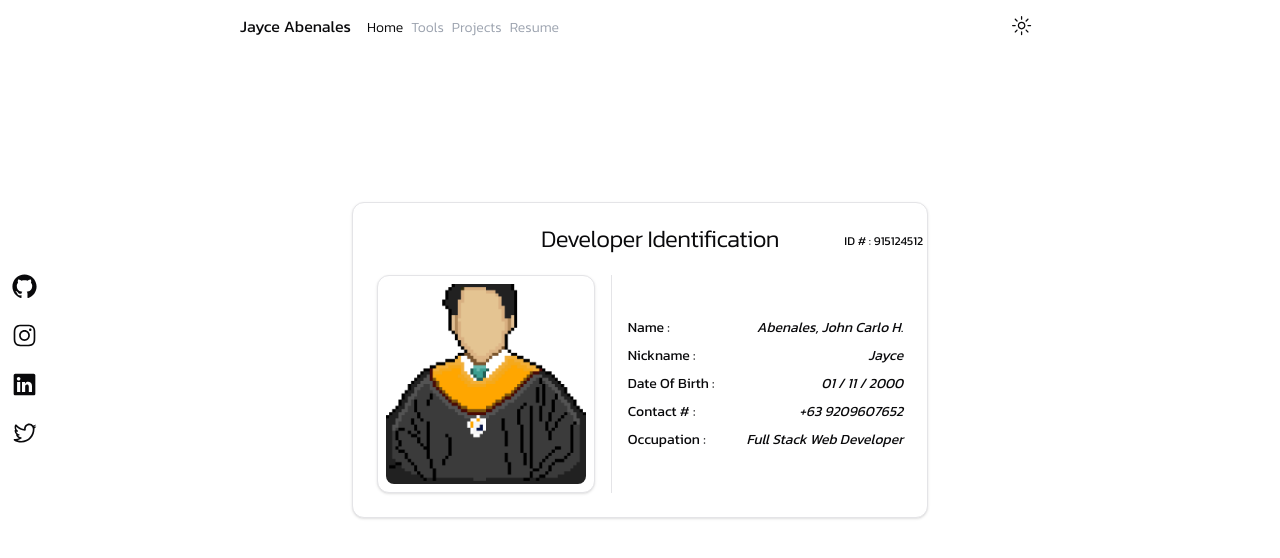
Repository: Jeysmeister/JayceAbenales
Page: /
The author's editor kept a copy of each file at every save. The page is drawn from the files as they stood at one save, then again after the next save.
The browser window is 1280 px wide. The pictures show the whole page.
The project was rebuilt for these pictures with package versions that can differ from the ones it lists, and the page was loaded fresh each time. The framework's server and built-in components were replaced by stand-ins that run in the browser. Also part of the build but not shown: next.config.mjs.

Above is the page before, as saved 2024-10-08 20:37:27.

### app/layout.tsx
import type { Metadata } from "next";
import { Kanit } from "next/font/google";
import "./globals.css";
import { ThemeProvider } from "next-themes";
import Header from "./common/Header";
import SideNav from "./common/SideNav";

const kanit = Kanit({
  subsets: ["latin"],
  weight: ["100", "200", "300", "400", "500", "600", "700", "800", "900"],
});

export const metadata: Metadata = {
  title: "JABE",
};

export default function RootLayout({
  children,
}: Readonly<{
  children: React.ReactNode;
}>) {
  return (
    <html lang="en">
      <body className={kanit.className}>
        <ThemeProvider attribute="class" defaultTheme="system" enableSystem disableTransitionOnChange>
          <div className="h-screen w-screen overflow-hidden">
            <Header />
            <SideNav />
            <div className="max-w-[800px] w-full flex mx-auto h-full justify-center items-center">{children}</div>
          </div>
        </ThemeProvider>
      </body>
    </html>
  );
}

### app/page.tsx
"use client";

import Image from "next/image";
import { Card, CardContent, CardHeader, CardTitle } from "@/components/ui/card";
import { motion } from "framer-motion";

const container = {
  hidden: { opacity: 1, scale: 0 },
  visible: {
    opacity: 1,
    scale: 1,
    transition: {
      delayChildren: 0.1,
      staggerChildren: 0.1,
    },
  },
};

const item = {
  hidden: { x: 20, opacity: 0 },
  visible: {
    y: 0,
    opacity: 1,
  },
};

export default function Home() {
  return (
    <motion.div variants={container} initial="hidden" animate="visible" className="h-full w-full flex items-center justify-center">
      <Card className={`hidden md:table`}>
        <CardHeader className="w-full flex justify-center items-center text-2xl relative">
          <motion.div variants={item}>
            <CardTitle className="font-light">Developer Identification</CardTitle>
          </motion.div>
          <motion.div variants={item} className="absolute top-6 right-6 text-xs">
            ID # : 915124512
          </motion.div>
        </CardHeader>
        <CardContent className="flex divide-x-[1px] gap-4">
          <Card className="p-2">
            <Image className="rounded-lg " src={"/IDPicture.png"} alt="IDPicture" height={200} width={200} />
          </Card>
          <div className="min-h-full">
            <div className="pl-4 flex gap-8 text-sm h-full items-center">
              <div className="flex flex-col gap-2 text-nowrap">
                <div>Name :</div>
                <div>Nickname :</div>
                <div>Date Of Birth :</div>
                <div>Contact # :</div>
                <div>Occupation :</div>
              </div>
              <div className="flex flex-col gap-2 italic w-full items-end">
                <div>Abenales, John Carlo H.</div>
                <div>Jayce</div>
                <div>01 / 11 / 2000</div>
                <div>+63 9209607652</div>
                <div>Full Stack Web Developer</div>
              </div>
            </div>
          </div>
        </CardContent>
      </Card>
      <Card className="md:hidden flex flex-col justify-center items-center gap-4 divide-y-[1px] p-4 pt-8 relative">
        <div className="w-full flex flex-col justify-center items-center gap-4">
          <div className="absolute top-4 text-xs">ID # : 915124512</div>
          <div>Developer Identification</div>
          <Card className="p-2">
            <Image className="rounded-lg" src={"/IDPicture.png"} alt="IDPicture" height={100} width={200} />
          </Card>
        </div>
        <div className="flex gap-4 text-sm pt-4">
          <div className="flex flex-col gap-1">
            <div>Name :</div>
            <div>Nickname :</div>
            <div>Date Of Birth :</div>
            <div>Contact # :</div>
            <div>Occupation :</div>
          </div>
          <div className="flex flex-col gap-1 italic text-end">
            <div>Abenales, John Carlo H.</div>
            <div>Jayce</div>
            <div>01 / 11 / 2000</div>
            <div>+63 9209607652</div>
            <div>Full Stack Web Developer</div>
          </div>
        </div>
      </Card>
    </motion.div>
  );
}

### app/common/Header.tsx
"use client";

import { ModeToggle } from "@/components/ModeToggle";
import { usePathname, useRouter } from "next/navigation";

const links = [
  { name: "Home", url: "/" },
  { name: "Tools", url: "/tools" },
  { name: "Projects", url: "/projects" },
  { name: "Resume", url: "/resume" },
];

const Header = () => {
  const router = useRouter();
  const pathName = usePathname();
  const clickHandler = (url: string) => {
    router.push(url);
  };
  return (
    <div className="w-full flex p-2 fixed top-0 z-10">
      <div className="max-w-[800px] w-full mx-auto flex justify-between items-center">
        <div className="flex items-end gap-2 text-nowrap">
          <div className="pr-2">Jayce Abenales</div>
          {links.map((link, index) => {
            return (
              <div
                key={index}
                className={`${pathName !== link.url ? "text-gray-400 hover:text-primary cursor-pointer " : ""}font-light text-sm`}
                onClick={() => {
                  clickHandler(link.url);
                }}
              >
                {link.name}
              </div>
            );
          })}
        </div>
        <div className="flex gap-2 items-center">
          <ModeToggle />
        </div>
      </div>
    </div>
  );
};

export default Header;

### app/common/SideNav.tsx
import { Button } from "@/components/ui/button";
import {
  GitHubLogoIcon,
  InstagramLogoIcon,
  LinkedInLogoIcon,
  TwitterLogoIcon,
} from "@radix-ui/react-icons";
import Link from "next/link";

const logoProps = { height: 25, width: 25 };
const logos = [
  {
    logo: <GitHubLogoIcon {...logoProps} />,
    url: "https://github.com/Jeysmeister/",
  },
  {
    logo: <InstagramLogoIcon {...logoProps} />,
    url: "https://www.instagram.com/jaycebnls/",
  },
  {
    logo: <LinkedInLogoIcon {...logoProps} />,
    url: "https://www.linkedin.com/in/john-carlo-abenales-035a84279/",
  },
  { logo: <TwitterLogoIcon {...logoProps} />, url: "https://x.com/jycbnls" },
];

const SideNav = () => {
  return (
    <>
      <div className="absolute h-screen left-0 top-0 justify-center items-center px-2 flex-col gap-4 hidden sm:flex">
        {logos.map((logo, index) => {
          return (
            <Button
              key={index}
              variant={"ghost"}
              className="w-fit h-fit rounded-full p-1 m-0 transition ease-in-out delay-150 hover:scale-110 cursor-pointer"
            >
              <Link href={logo.url} rel="noopener noreferrer" target="_blank">
                {logo.logo}
              </Link>
            </Button>
          );
        })}
      </div>
      <div className="absolute w-screen bottom-8 justify-center items-center px-2 gap-4 flex sm:hidden">
        {logos.map((logo, index) => {
          return (
            <Button
              key={index}
              variant={"ghost"}
              className="w-fit h-fit rounded-full p-1 m-0 transition ease-in-out delay-150 hover:scale-110 cursor-pointer"
            >
              {logo.logo}
            </Button>
          );
        })}
      </div>
    </>
  );
};

export default SideNav;

### components/ui/card.tsx
import * as React from "react"

import { cn } from "@/lib/utils"

const Card = React.forwardRef<
  HTMLDivElement,
  React.HTMLAttributes<HTMLDivElement>
>(({ className, ...props }, ref) => (
  <div
    ref={ref}
    className={cn(
      "rounded-xl border bg-card text-card-foreground shadow",
      className
    )}
    {...props}
  />
))
Card.displayName = "Card"

const CardHeader = React.forwardRef<
  HTMLDivElement,
  React.HTMLAttributes<HTMLDivElement>
>(({ className, ...props }, ref) => (
  <div
    ref={ref}
    className={cn("flex flex-col space-y-1.5 p-6", className)}
    {...props}
  />
))
CardHeader.displayName = "CardHeader"

const CardTitle = React.forwardRef<
  HTMLParagraphElement,
  React.HTMLAttributes<HTMLHeadingElement>
>(({ className, ...props }, ref) => (
  <h3
    ref={ref}
    className={cn("font-semibold leading-none tracking-tight", className)}
    {...props}
  />
))
CardTitle.displayName = "CardTitle"

const CardDescription = React.forwardRef<
  HTMLParagraphElement,
  React.HTMLAttributes<HTMLParagraphElement>
>(({ className, ...props }, ref) => (
  <p
    ref={ref}
    className={cn("text-sm text-muted-foreground", className)}
    {...props}
  />
))
CardDescription.displayName = "CardDescription"

const CardContent = React.forwardRef<
  HTMLDivElement,
  React.HTMLAttributes<HTMLDivElement>
>(({ className, ...props }, ref) => (
  <div ref={ref} className={cn("p-6 pt-0", className)} {...props} />
))
CardContent.displayName = "CardContent"

const CardFooter = React.forwardRef<
  HTMLDivElement,
  React.HTMLAttributes<HTMLDivElement>
>(({ className, ...props }, ref) => (
  <div
    ref={ref}
    className={cn("flex items-center p-6 pt-0", className)}
    {...props}
  />
))
CardFooter.displayName = "CardFooter"

export { Card, CardHeader, CardFooter, CardTitle, CardDescription, CardContent }

### components/ModeToggle.tsx
"use client";

import * as React from "react";
import { MoonIcon, SunIcon } from "@radix-ui/react-icons";
import { useTheme } from "next-themes";

import { Button } from "@/components/ui/button";
import {
  DropdownMenu,
  DropdownMenuContent,
  DropdownMenuItem,
  DropdownMenuTrigger,
} from "@/components/ui/dropdown-menu";

export function ModeToggle() {
  const { setTheme } = useTheme();

  return (
    <DropdownMenu>
      <DropdownMenuTrigger asChild>
        <Button variant="ghost" size="icon">
          <SunIcon className="h-[1.2rem] w-[1.2rem] rotate-0 scale-100 transition-all dark:-rotate-90 dark:scale-0" />
          <MoonIcon className="absolute h-[1.2rem] w-[1.2rem] rotate-90 scale-0 transition-all dark:rotate-0 dark:scale-100" />
          <span className="sr-only">Toggle theme</span>
        </Button>
      </DropdownMenuTrigger>
      <DropdownMenuContent align="end">
        <DropdownMenuItem onClick={() => setTheme("light")}>
          Light
        </DropdownMenuItem>
        <DropdownMenuItem onClick={() => setTheme("dark")}>
          Dark
        </DropdownMenuItem>
        <DropdownMenuItem onClick={() => setTheme("system")}>
          System
        </DropdownMenuItem>
      </DropdownMenuContent>
    </DropdownMenu>
  );
}

### components/ui/button.tsx
import * as React from "react"
import { Slot } from "@radix-ui/react-slot"
import { cva, type VariantProps } from "class-variance-authority"

import { cn } from "@/lib/utils"

const buttonVariants = cva(
  "inline-flex items-center justify-center whitespace-nowrap rounded-md text-sm font-medium transition-colors focus-visible:outline-none focus-visible:ring-1 focus-visible:ring-ring disabled:pointer-events-none disabled:opacity-50",
  {
    variants: {
      variant: {
        default:
          "bg-primary text-primary-foreground shadow hover:bg-primary/90",
        destructive:
          "bg-destructive text-destructive-foreground shadow-sm hover:bg-destructive/90",
        outline:
          "border border-input bg-background shadow-sm hover:bg-accent hover:text-accent-foreground",
        secondary:
          "bg-secondary text-secondary-foreground shadow-sm hover:bg-secondary/80",
        ghost: "hover:bg-accent hover:text-accent-foreground",
        link: "text-primary underline-offset-4 hover:underline",
      },
      size: {
        default: "h-9 px-4 py-2",
        sm: "h-8 rounded-md px-3 text-xs",
        lg: "h-10 rounded-md px-8",
        icon: "h-9 w-9",
      },
    },
    defaultVariants: {
      variant: "default",
      size: "default",
    },
  }
)

export interface ButtonProps
  extends React.ButtonHTMLAttributes<HTMLButtonElement>,
    VariantProps<typeof buttonVariants> {
  asChild?: boolean
}

const Button = React.forwardRef<HTMLButtonElement, ButtonProps>(
  ({ className, variant, size, asChild = false, ...props }, ref) => {
    const Comp = asChild ? Slot : "button"
    return (
      <Comp
        className={cn(buttonVariants({ variant, size, className }))}
        ref={ref}
        {...props}
      />
    )
  }
)
Button.displayName = "Button"

export { Button, buttonVariants }

### components/ui/dropdown-menu.tsx
"use client"

import * as React from "react"
import * as DropdownMenuPrimitive from "@radix-ui/react-dropdown-menu"
import {
  CheckIcon,
  ChevronRightIcon,
  DotFilledIcon,
} from "@radix-ui/react-icons"

import { cn } from "@/lib/utils"

const DropdownMenu = DropdownMenuPrimitive.Root

const DropdownMenuTrigger = DropdownMenuPrimitive.Trigger

const DropdownMenuGroup = DropdownMenuPrimitive.Group

const DropdownMenuPortal = DropdownMenuPrimitive.Portal

const DropdownMenuSub = DropdownMenuPrimitive.Sub

const DropdownMenuRadioGroup = DropdownMenuPrimitive.RadioGroup

const DropdownMenuSubTrigger = React.forwardRef<
  React.ElementRef<typeof DropdownMenuPrimitive.SubTrigger>,
  React.ComponentPropsWithoutRef<typeof DropdownMenuPrimitive.SubTrigger> & {
    inset?: boolean
  }
>(({ className, inset, children, ...props }, ref) => (
  <DropdownMenuPrimitive.SubTrigger
    ref={ref}
    className={cn(
      "flex cursor-default select-none items-center rounded-sm px-2 py-1.5 text-sm outline-none focus:bg-accent data-[state=open]:bg-accent",
      inset && "pl-8",
      className
    )}
    {...props}
  >
    {children}
    <ChevronRightIcon className="ml-auto h-4 w-4" />
  </DropdownMenuPrimitive.SubTrigger>
))
DropdownMenuSubTrigger.displayName =
  DropdownMenuPrimitive.SubTrigger.displayName

const DropdownMenuSubContent = React.forwardRef<
  React.ElementRef<typeof DropdownMenuPrimitive.SubContent>,
  React.ComponentPropsWithoutRef<typeof DropdownMenuPrimitive.SubContent>
>(({ className, ...props }, ref) => (
  <DropdownMenuPrimitive.SubContent
    ref={ref}
    className={cn(
      "z-50 min-w-[8rem] overflow-hidden rounded-md border bg-popover p-1 text-popover-foreground shadow-lg data-[state=open]:animate-in data-[state=closed]:animate-out data-[state=closed]:fade-out-0 data-[state=open]:fade-in-0 data-[state=closed]:zoom-out-95 data-[state=open]:zoom-in-95 data-[side=bottom]:slide-in-from-top-2 data-[side=left]:slide-in-from-right-2 data-[side=right]:slide-in-from-left-2 data-[side=top]:slide-in-from-bottom-2",
      className
    )}
    {...props}
  />
))
DropdownMenuSubContent.displayName =
  DropdownMenuPrimitive.SubContent.displayName

const DropdownMenuContent = React.forwardRef<
  React.ElementRef<typeof DropdownMenuPrimitive.Content>,
  React.ComponentPropsWithoutRef<typeof DropdownMenuPrimitive.Content>
>(({ className, sideOffset = 4, ...props }, ref) => (
  <DropdownMenuPrimitive.Portal>
    <DropdownMenuPrimitive.Content
      ref={ref}
      sideOffset={sideOffset}
      className={cn(
        "z-50 min-w-[8rem] overflow-hidden rounded-md border bg-popover p-1 text-popover-foreground shadow-md",
        "data-[state=open]:animate-in data-[state=closed]:animate-out data-[state=closed]:fade-out-0 data-[state=open]:fade-in-0 data-[state=closed]:zoom-out-95 data-[state=open]:zoom-in-95 data-[side=bottom]:slide-in-from-top-2 data-[side=left]:slide-in-from-right-2 data-[side=right]:slide-in-from-left-2 data-[side=top]:slide-in-from-bottom-2",
        className
      )}
      {...props}
    />
  </DropdownMenuPrimitive.Portal>
))
DropdownMenuContent.displayName = DropdownMenuPrimitive.Content.displayName

const DropdownMenuItem = React.forwardRef<
  React.ElementRef<typeof DropdownMenuPrimitive.Item>,
  React.ComponentPropsWithoutRef<typeof DropdownMenuPrimitive.Item> & {
    inset?: boolean
  }
>(({ className, inset, ...props }, ref) => (
  <DropdownMenuPrimitive.Item
    ref={ref}
    className={cn(
      "relative flex cursor-default select-none items-center rounded-sm px-2 py-1.5 text-sm outline-none transition-colors focus:bg-accent focus:text-accent-foreground data-[disabled]:pointer-events-none data-[disabled]:opacity-50",
      inset && "pl-8",
      className
    )}
    {...props}
  />
))
DropdownMenuItem.displayName = DropdownMenuPrimitive.Item.displayName

const DropdownMenuCheckboxItem = React.forwardRef<
  React.ElementRef<typeof DropdownMenuPrimitive.CheckboxItem>,
  React.ComponentPropsWithoutRef<typeof DropdownMenuPrimitive.CheckboxItem>
>(({ className, children, checked, ...props }, ref) => (
  <DropdownMenuPrimitive.CheckboxItem
    ref={ref}
    className={cn(
      "relative flex cursor-default select-none items-center rounded-sm py-1.5 pl-8 pr-2 text-sm outline-none transition-colors focus:bg-accent focus:text-accent-foreground data-[disabled]:pointer-events-none data-[disabled]:opacity-50",
      className
    )}
    checked={checked}
    {...props}
  >
    <span className="absolute left-2 flex h-3.5 w-3.5 items-center justify-center">
      <DropdownMenuPrimitive.ItemIndicator>
        <CheckIcon className="h-4 w-4" />
      </DropdownMenuPrimitive.ItemIndicator>
    </span>
    {children}
  </DropdownMenuPrimitive.CheckboxItem>
))
DropdownMenuCheckboxItem.displayName =
  DropdownMenuPrimitive.CheckboxItem.displayName

const DropdownMenuRadioItem = React.forwardRef<
  React.ElementRef<typeof DropdownMenuPrimitive.RadioItem>,
  React.ComponentPropsWithoutRef<typeof DropdownMenuPrimitive.RadioItem>
>(({ className, children, ...props }, ref) => (
  <DropdownMenuPrimitive.RadioItem
    ref={ref}
    className={cn(
      "relative flex cursor-default select-none items-center rounded-sm py-1.5 pl-8 pr-2 text-sm outline-none transition-colors focus:bg-accent focus:text-accent-foreground data-[disabled]:pointer-events-none data-[disabled]:opacity-50",
      className
    )}
    {...props}
  >
    <span className="absolute left-2 flex h-3.5 w-3.5 items-center justify-center">
      <DropdownMenuPrimitive.ItemIndicator>
        <DotFilledIcon className="h-4 w-4 fill-current" />
      </DropdownMenuPrimitive.ItemIndicator>
    </span>
    {children}
  </DropdownMenuPrimitive.RadioItem>
))
DropdownMenuRadioItem.displayName = DropdownMenuPrimitive.RadioItem.displayName

const DropdownMenuLabel = React.forwardRef<
  React.ElementRef<typeof DropdownMenuPrimitive.Label>,
  React.ComponentPropsWithoutRef<typeof DropdownMenuPrimitive.Label> & {
    inset?: boolean
  }
>(({ className, inset, ...props }, ref) => (
  <DropdownMenuPrimitive.Label
    ref={ref}
    className={cn(
      "px-2 py-1.5 text-sm font-semibold",
      inset && "pl-8",
      className
    )}
    {...props}
  />
))
DropdownMenuLabel.displayName = DropdownMenuPrimitive.Label.displayName

const DropdownMenuSeparator = React.forwardRef<
  React.ElementRef<typeof DropdownMenuPrimitive.Separator>,
  React.ComponentPropsWithoutRef<typeof DropdownMenuPrimitive.Separator>
>(({ className, ...props }, ref) => (
  <DropdownMenuPrimitive.Separator
    ref={ref}
    className={cn("-mx-1 my-1 h-px bg-muted", className)}
    {...props}
  />
))
DropdownMenuSeparator.displayName = DropdownMenuPrimitive.Separator.displayName

const DropdownMenuShortcut = ({
  className,
  ...props
}: React.HTMLAttributes<HTMLSpanElement>) => {
  return (
    <span
      className={cn("ml-auto text-xs tracking-widest opacity-60", className)}
      {...props}
    />
  )
}
DropdownMenuShortcut.displayName = "DropdownMenuShortcut"

export {
  DropdownMenu,
  DropdownMenuTrigger,
  DropdownMenuContent,
  DropdownMenuItem,
  DropdownMenuCheckboxItem,
  DropdownMenuRadioItem,
  DropdownMenuLabel,
  DropdownMenuSeparator,
  DropdownMenuShortcut,
  DropdownMenuGroup,
  DropdownMenuPortal,
  DropdownMenuSub,
  DropdownMenuSubContent,
  DropdownMenuSubTrigger,
  DropdownMenuRadioGroup,
}

Loaded but not shown: app/globals.css (common file); lib/utils.ts (common file); tailwind.config.ts (common file)

After the next save:
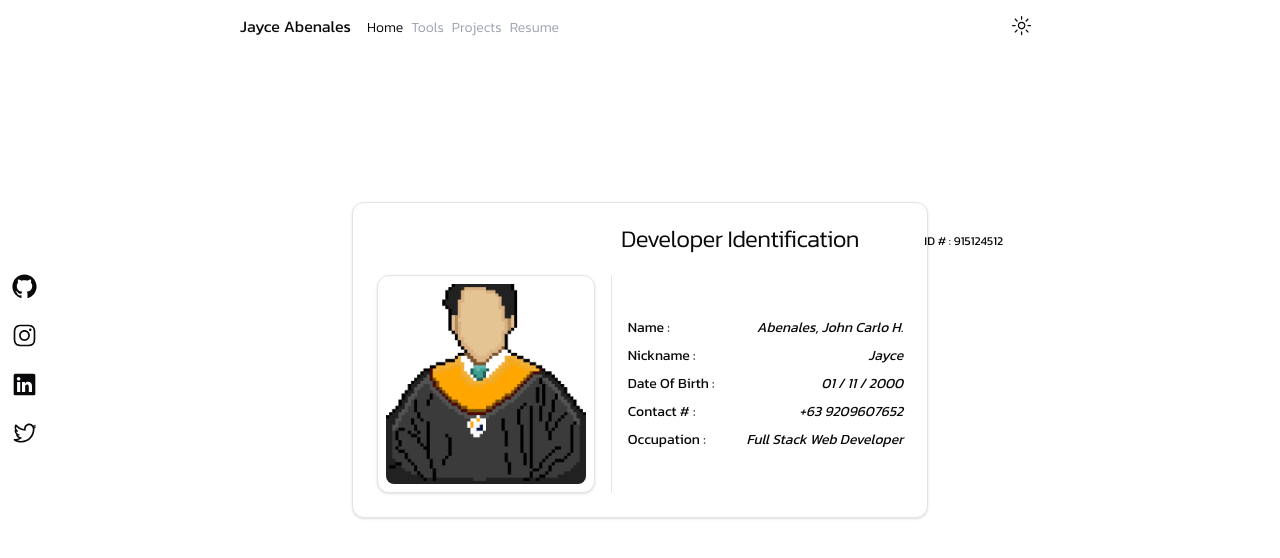
Saved 8 s later.
--- a/app/page.tsx
+++ b/app/page.tsx
@@ -17,7 +17,7 @@
 };
 
 const item = {
-  hidden: { x: 20, opacity: 0 },
+  hidden: { x: 100, opacity: 0 },
   visible: {
     y: 0,
     opacity: 1,
